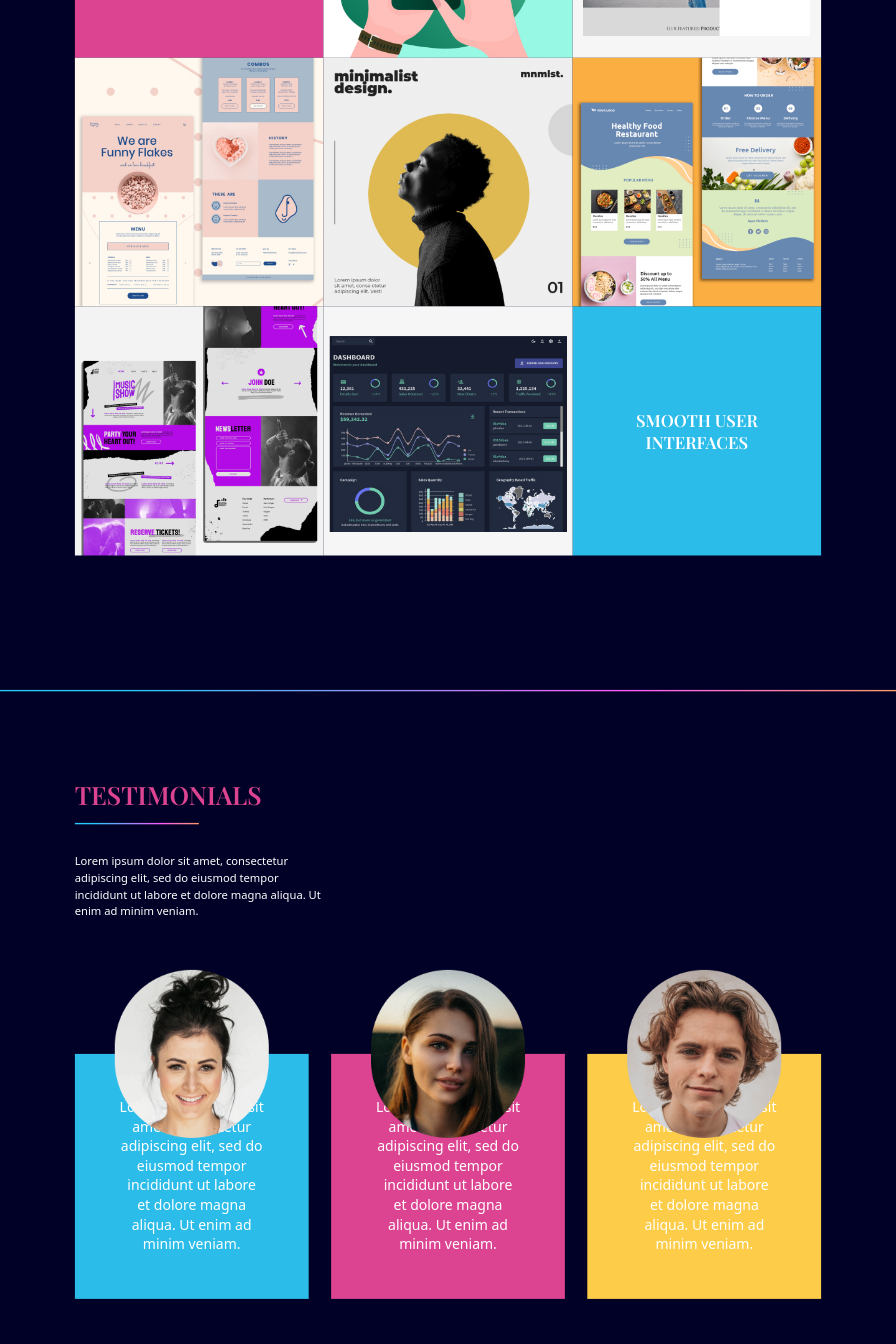
Repository: thibaultNicolas/portfolio-react
Page: /
An editor plug-in stored every save of this project. The page is shown before and after a run of saves, followed by the edit.
The browser window is 1280 px wide. The pictures show the part of the page from y = 2251 to 4171 px (the page is 4171 px tall before and 4147 px after), at 70% of full size.
The project was rebuilt for these pictures with package versions that can differ from the ones it lists, and the page was loaded fresh each time. Also part of the build but not shown: next.config.ts.

Above is the page before, as saved 2023-01-08 12:07:16.

### public/index.html
<!DOCTYPE html>
<html lang="en">

<head>
  <meta charset="utf-8" />
  <link rel="icon" href="%PUBLIC_URL%/favicon.ico" />
  <meta name="viewport" content="width=device-width, initial-scale=1" />
  <meta name="theme-color" content="#000000" />
  <meta name="description" content="Web site created using create-react-app" />
  <link rel="apple-touch-icon" href="%PUBLIC_URL%/logo192.png" />
  <!--
      manifest.json provides metadata used when your web app is installed on a
      user's mobile device or desktop. See https://developers.google.com/web/fundamentals/web-app-manifest/
    -->
  <link rel="manifest" href="%PUBLIC_URL%/manifest.json" />
  <!--
      Notice the use of %PUBLIC_URL% in the tags above.
      It will be replaced with the URL of the `public` folder during the build.
      Only files inside the `public` folder can be referenced from the HTML.

      Unlike "/favicon.ico" or "favicon.ico", "%PUBLIC_URL%/favicon.ico" will
      work correctly both with client-side routing and a non-root public URL.
      Learn how to configure a non-root public URL by running `npm run build`.
    -->
  <title>React App</title>
  <link href="/public/output.css" rel="stylesheet">
</head>

<body>
  <noscript>You need to enable JavaScript to run this app.</noscript>
  <div id="root"></div>
  <!--
      This HTML file is a template.
      If you open it directly in the browser, you will see an empty page.

      You can add webfonts, meta tags, or analytics to this file.
      The build step will place the bundled scripts into the <body> tag.

      To begin the development, run `npm start` or `yarn start`.
      To create a production bundle, use `npm run build` or `yarn build`.
    -->
</body>

</html>

### src/index.css
@import url('https://fonts.googleapis.com/css2?family=Open+Sans:wght@400;600&family=Playfair+Display:wght@400;600&display=swap');

@tailwind base;
@tailwind components;
@tailwind utilities;

html,
body,
#root,
.app{
    height: 100%;
    background-color: #010026;
    @apply text-white;
}

### src/scenes/Navbar.jsx
import { useState } from 'react';
import AnchorLink from 'react-anchor-link-smooth-scroll';
import useMediaQuery from '../hooks/useMediaQuery';

const Link = ({ page, selectedPage, setSelectedPage }) => {
    const lowerCasePage = page.toLowerCase();
    return (
        <AnchorLink
            className={`${selectedPage === lowerCasePage ? 'text-yellow' : ''}
            hover:text-yellow transition duration-500`}
            href={`#${lowerCasePage}`}
            onClick={() => setSelectedPage(lowerCasePage)}
        >
            {page}
        </AnchorLink>
    );
};

const Navbar = ({ isTopOfPage, selectedPage, setSelectedPage }) => {
    const [isMenuToggled, setIsMenuToggled] = useState(false);
    const isAboveSmallScreens = useMediaQuery('(min-width:768px)');
    const navbarBackground = isTopOfPage ? "" : "bg-red";

    return (
        <nav className={`${navbarBackground} z-40 w-full fixed top-0 py-6`}>
            <div className="flex items-center justify-between mx-auto w-5/6">
                <h4 className="font-playfair text-3xl font-bold">NT</h4>

                {/* DESKTOP NAV */}
                {isAboveSmallScreens ? (
                    <div className="flex justify-between gap-16 font-openSans txt-sm font-semibold">
                        <Link
                            page="Home"
                            selectedPage={selectedPage}
                            setSelectedPage={setSelectedPage}
                        />
                        <Link
                            page="Skills"
                            selectedPage={selectedPage}
                            setSelectedPage={setSelectedPage}
                        />
                        <Link
                            page="Projects"
                            selectedPage={selectedPage}
                            setSelectedPage={setSelectedPage}
                        />
                        <Link
                            page="Testimonials"
                            selectedPage={selectedPage}
                            setSelectedPage={setSelectedPage}
                        />
                        <Link
                            page="Contact"
                            selectedPage={selectedPage}
                            setSelectedPage={setSelectedPage}
                        />
                    </div>
                ) : (
                    <button
                        className="rounded-full bg-red p-2"
                        onClick={() => setIsMenuToggled(!isMenuToggled)}
                    >
                        <img src="../assets/menu-icon.svg" alt="menu-icon" />
                    </button>
                )}

                {/* MOBILE MENU POPUP */}
                {!isAboveSmallScreens && isMenuToggled && (
                    <div className="fixed right-0 bottom-0 h-full bg-blue w-[300px]">
                        {/* CLOSE ICON */}
                        <div className="flex justify-end p-12">
                            <button
                                onClick={() => setIsMenuToggled(!isMenuToggled)}
                            >
                                <img
                                    src="../assets/close-icon.svg"
                                    alt="close-icon"
                                />
                            </button>
                        </div>
                        {/* MENU ITEMS */}
                        <div className="flex flex-col gap-10 ml-[33%] text-2xl text-deep-blue">
                            <Link
                                page="Home"
                                selectedPage={selectedPage}
                                setSelectedPage={setSelectedPage}
                            />
                            <Link
                                page="Skills"
                                selectedPage={selectedPage}
                                setSelectedPage={setSelectedPage}
                            />
                            <Link
                                page="Projects"
                                selectedPage={selectedPage}
                                setSelectedPage={setSelectedPage}
                            />
                            <Link
                                page="Testimonials"
                                selectedPage={selectedPage}
                                setSelectedPage={setSelectedPage}
                            />
                            <Link
                                page="Contact"
                                selectedPage={selectedPage}
                                setSelectedPage={setSelectedPage}
                            />
                        </div>
                    </div>
                )}
            </div>
        </nav>
    );
};

export default Navbar;

### src/scenes/DotGroup.jsx
import AnchorLink from 'react-anchor-link-smooth-scroll';
const DotGroup = ({ selectedPage, setSelectedPage }) => {
    const selectedStyles = `relative bg-yellow before:absolute before:w-6 before:h-6
    before:rounded-full before:border-2 before:border-yellow before:left-[-50%]
    before:top-[-50%]`;
    return (
        <div className="flex flex-col gap-6 fixed top-[60%] right-7">
            <AnchorLink
                className={`${selectedPage === 'home' ? selectedStyles : 'bg-dark-grey'}
            w-3 h-3 rounded-full`}
                href="#home"
                onClick={() => setSelectedPage('home')}
            />
            <AnchorLink
                className={`${selectedPage === 'skills' ? selectedStyles : 'bg-dark-grey'}
            w-3 h-3 rounded-full`}
                href="#skills"
                onClick={() => setSelectedPage('skills')}
            />
            <AnchorLink
                className={`${selectedPage === 'projects' ? selectedStyles : 'bg-dark-grey'}
            w-3 h-3 rounded-full`}
                href="#projects"
                onClick={() => setSelectedPage('projects')}
            />
            <AnchorLink
                className={`${selectedPage === 'testimonials' ? selectedStyles : 'bg-dark-grey'}
            w-3 h-3 rounded-full`}
                href="#testimonials"
                onClick={() => setSelectedPage('testimonials')}
            />
            <AnchorLink
                className={`${selectedPage === 'contact' ? selectedStyles : 'bg-dark-grey'}
            w-3 h-3 rounded-full`}
                href="#contact"
                onClick={() => setSelectedPage('contact')}
            />
        </div>
    );
};
export default DotGroup;

### src/scenes/Projects.jsx
import LineGradient from '../components/LineGradient';
import useMediaQuery from '../hooks/useMediaQuery';
import { motion } from 'framer-motion';

const container = {
    hidden: {},
    visible: {
        transition: { staggerChildren: 0.2 },
    },
};

const projectVariant = {
    hidden: { opacity: 0, scale: 0.8 },
    visible: { opacity: 1, scale: 1 },
};

const Project = ({ title }) => {
    const projectTitle = title.split(' ').join('-').toLowerCase();
    const overlayStyles = `absolute h-full w-full opacity-0 hover:opacity-90 transition duration-500 bg-grey z-30 flex flex-col justify-center items-center text-center p-16 text-deep-blue`;

    return (
        <motion.div variants={projectVariant} className="relative">
            <div className={overlayStyles}>
                <p className="text-2xl font-playfair">{title}</p>
                <p className="mt-7">
                    Lorem ipsum dolor sit amet, consectetur adipiscing elit, sed
                    do eiusmod tempor incididunt ut labore et dolore magna
                    aliqua. Ut enim ad minim veniam.
                </p>
            </div>
            <img src={`../assets/${projectTitle}.jpeg`} alt={projectTitle} />
        </motion.div>
    );
};

const Projects = () => {
    const isAboveMediumScreens = useMediaQuery('(min-width:1060px)');

    return (
        <section id="projects" className="pt-48 pb-48">
            {/* HEADINGS */}
            <div className="md:flex md:justify-between md:gap-16 mt-32">
                <motion.div
                    className="md:w-2/5 mx-auto text-center"
                    initial="hidden"
                    whileInView="visible"
                    viewport={{ once: true, amount: 0.5 }}
                    transition={{ duration: 0.5 }}
                    variants={{
                        hidden: { opacity: 0, x: -50 },
                        visible: { opacity: 1, x: 0 },
                    }}
                >
                    <div>
                        <p className="font-playfair font-semibold text-4xl">
                            MY <span className="text-red">PRO</span>JECTS
                        </p>
                        <div className="flex justify-center mt-5">
                            <LineGradient width="w-1/3" />
                        </div>
                    </div>

                    <p className="mt-10 mb-10">
                        Lorem ipsum dolor sit amet, consectetur adipiscing elit,
                        sed do eiusmod tempor incididunt ut labore et dolore
                        magna aliqua. Ut enim ad minim veniam.
                    </p>
                </motion.div>
            </div>
            {/* PROJECTS */}
            <div className="flex justify-center">
                <motion.div
                    className="sm:grid sm:grid-cols-2 md:grid-cols-3"
                    initial="hidden"
                    whileInView="visible"
                    viewport={{ once: true, amount: 0.5 }}
                    variants={container}
                >
                    {/* ROW 1 */}
                    <div className="flex justify-center text-center items-center p-10 bg-red max-w-[400px] max-h-[400px] text-2xl font-playfair font-semibold">
                        BEAUTIFUL USER INTERFACES
                    </div>

                    <Project title="Project 1" />
                    <Project title="Project 2" />

                    {/* ROW 2 */}
                    <Project title="Project 3" />
                    <Project title="Project 4" />
                    <Project title="Project 5" />

                    {/* ROW 3 */}
                    <Project title="Project 6" />
                    <Project title="Project 7" />

                    <div className="flex justify-center text-center items-center p-10 bg-blue max-w-[400px] max-h-[400px] text-2xl font-playfair font-semibold">
                        SMOOTH USER INTERFACES
                    </div>
                </motion.div>
            </div>
        </section>
    );
};
export default Projects;

### src/scenes/Testimonials.jsx
import LineGradient from '../components/LineGradient';
import { motion } from 'framer-motion';

const Testimonials = () => {
    const testimonialsStyles = `mx-auto relative max-w-[400px] h-[350px] flex flex-col justify-end p-16 mt-48 before:absolute before:top-[-120px] before:-ml-[110px] before:left-1/2`;

    return (
        <section id="testimonials" className="pt-32 pb-16">
            {/* HEADING */}

            <motion.div
                className="md:w-1/3 text-center md:text-left"
                initial="hidden"
                whileInView="visible"
                viewport={{ once: true, amount: 0.5 }}
                transition={{ duration: 0.5 }}
                variants={{
                    hidden: { opacity: 0, x: -50 },
                    visible: { opacity: 1, x: 0 },
                }}
            >
                <p className="font-playfair font-semibold text-4xl mb-5 text-red">
                    TESTIMONIALS
                </p>
                <LineGradient width="w-2/4" />
                <p className="mt-10">
                    Lorem ipsum dolor sit amet, consectetur adipiscing elit, sed
                    do eiusmod tempor incididunt ut labore et dolore magna
                    aliqua. Ut enim ad minim veniam.
                </p>
            </motion.div>

            {/* TESTIMONIALS */}
            <div className="md:flex md:justify-between gap-8">
                <motion.div
                    className={`bg-blue ${testimonialsStyles} before:content-person1`}
                    initial="hidden"
                    whileInView="visible"
                    viewport={{ once: true, amount: 0.5 }}
                    transition={{ duration: 0.5 }}
                    variants={{
                        hidden: { opacity: 0, scale: 0.8 },
                        visible: { opacity: 1, scale: 1 },
                    }}
                >
                    <p className="font-playfair text-6xl">"</p>
                    <p className="text-center text-xl">
                        Lorem ipsum dolor sit amet, consectetur adipiscing elit,
                        sed do eiusmod tempor incididunt ut labore et dolore
                        magna aliqua. Ut enim ad minim veniam.
                    </p>
                </motion.div>
                <motion.div
                    className={`bg-red ${testimonialsStyles} before:content-person2`}
                    initial="hidden"
                    whileInView="visible"
                    viewport={{ once: true, amount: 0.5 }}
                    transition={{ delay: 0.2, duration: 0.5 }}
                    variants={{
                        hidden: { opacity: 0, scale: 0.8 },
                        visible: { opacity: 1, scale: 1 },
                    }}
                >
                    <p className="font-playfair text-6xl">"</p>
                    <p className="text-center text-xl">
                        Lorem ipsum dolor sit amet, consectetur adipiscing elit,
                        sed do eiusmod tempor incididunt ut labore et dolore
                        magna aliqua. Ut enim ad minim veniam.
                    </p>
                </motion.div>
                <motion.div
                    className={`bg-yellow ${testimonialsStyles} before:content-person3`}
                    initial="hidden"
                    whileInView="visible"
                    viewport={{ once: true, amount: 0.5 }}
                    transition={{ delay: 0.4, duration: 0.5 }}
                    variants={{
                        hidden: { opacity: 0, scale: 0.8 },
                        visible: { opacity: 1, scale: 1 },
                    }}
                >
                    <p className="font-playfair text-6xl">"</p>
                    <p className="text-center text-xl">
                        Lorem ipsum dolor sit amet, consectetur adipiscing elit,
                        sed do eiusmod tempor incididunt ut labore et dolore
                        magna aliqua. Ut enim ad minim veniam.
                    </p>
                </motion.div>
            </div>
        </section>
    );
};
export default Testimonials;

### src/components/LineGradient.jsx
const LineGradient = ({ width = 'w-full' }) => {
    return (
        <div className={`h-0.5 ${width} bg-gradient-rainblue`}>

        </div>
    )
};

export default LineGradient;

### src/hooks/useMediaQuery.jsx
import { useState, useEffect } from 'react';

const useMediaQuery = (query) => {
    const [matches, setMatches] = useState(false);

    useEffect(() => {
        const media = window.matchMedia(query);
        if (media.matches !== matches) {
            setMatches(media.matches);
        }
        const listener = () => setMatches(media.matches);
        window.addEventListener('resize', listener);
        return () => window.removeEventListener('resize', listener);
    }, [matches, query]);

    return matches;
};

export default useMediaQuery;

### src/components/SocialMediaIcons.jsx

const SocialMediaIcons = () =>{
    return (
        <div className="flex justify-center md:justify-start my-10 gap-7">
            <a
            className="hover:opacity-50 transition duration-500"
            href="https://www.linkedin.com/in/nicolas-thibault-6652b9194/"
            target="_blank"
            rel="noreferrer">
                <img src="../assets/linkedin.png" alt="linkedin-link" />
            </a>
            <a
            className="hover:opacity-50 transition duration-500"
            href="https://www.facebook.com/nicolas.thibault3/"
            target="_blank"
            rel="noreferrer">
                <img src="../assets/facebook.png" alt="facebook-link" />
            </a>
            <a
            className="hover:opacity-50 transition duration-500"
            href="https://www.instagram.com/nicolasthibault_/"
            target="_blank"
            rel="noreferrer">
                <img src="../assets/instagram.png" alt="instagram-link" />
            </a>
        </div>
    )
}
export default SocialMediaIcons;

Loaded but not shown: src/index.js (common file); src/App.js (53 lines, source omitted); tailwind.config.js (41 lines, source omitted); public/output.css (740 lines, source omitted); src/scenes/MySkills.jsx (144 lines, source omitted); src/scenes/Landing.jsx (111 lines, source omitted)

After the next 3 saves:
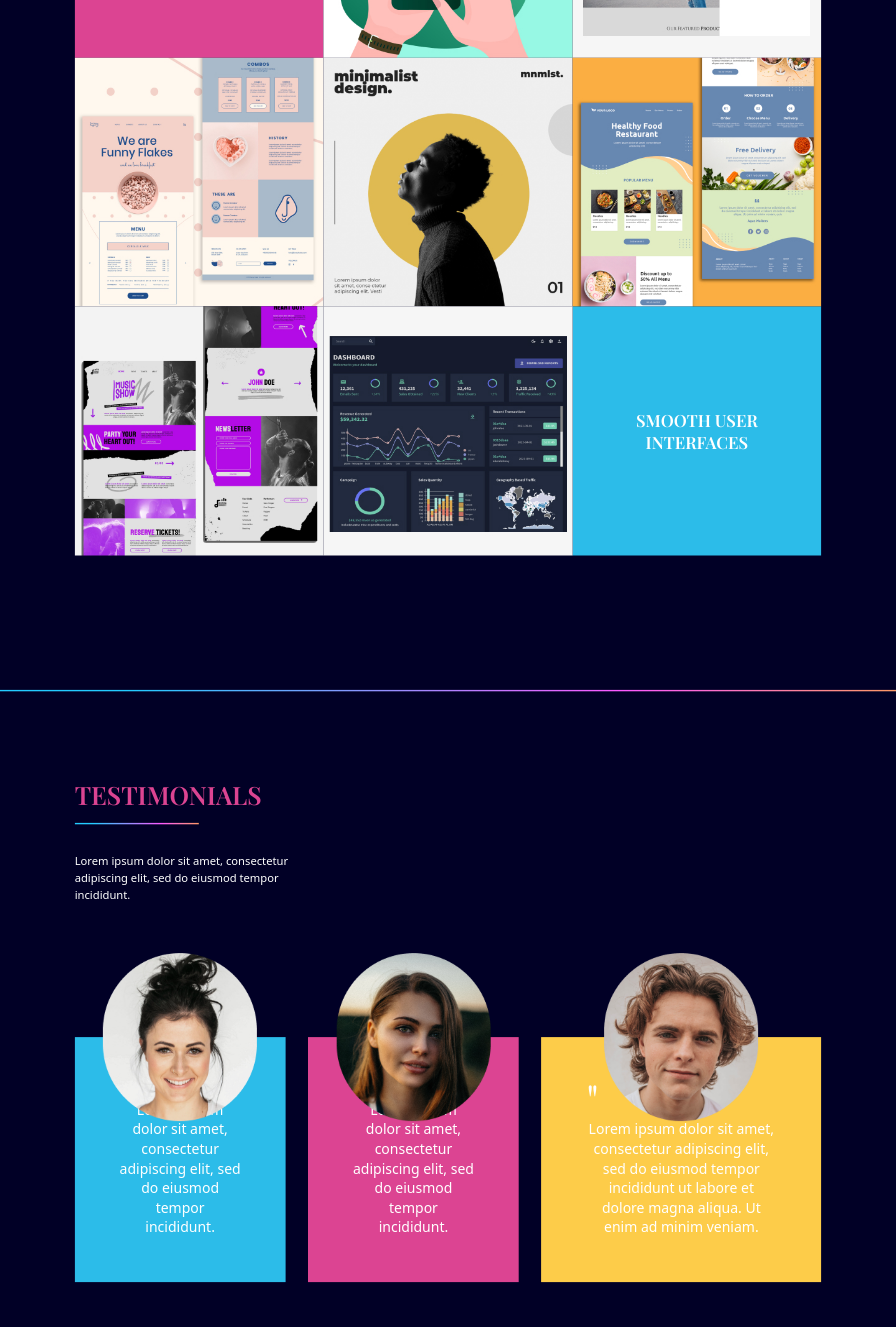
The 3 saves are shown as one change because they came seconds apart.
The last was saved 9 s later.
--- a/src/scenes/Testimonials.jsx
+++ b/src/scenes/Testimonials.jsx
@@ -25,8 +25,7 @@ const Testimonials = () => {
                 <LineGradient width="w-2/4" />
                 <p className="mt-10">
                     Lorem ipsum dolor sit amet, consectetur adipiscing elit, sed
-                    do eiusmod tempor incididunt ut labore et dolore magna
-                    aliqua. Ut enim ad minim veniam.
+                    do eiusmod tempor incididunt.
                 </p>
             </motion.div>
 
@@ -46,8 +45,7 @@ const Testimonials = () => {
                     <p className="font-playfair text-6xl">"</p>
                     <p className="text-center text-xl">
                         Lorem ipsum dolor sit amet, consectetur adipiscing elit,
-                        sed do eiusmod tempor incididunt ut labore et dolore
-                        magna aliqua. Ut enim ad minim veniam.
+                        sed do eiusmod tempor incididunt.
                     </p>
                 </motion.div>
                 <motion.div
@@ -64,8 +62,7 @@ const Testimonials = () => {
                     <p className="font-playfair text-6xl">"</p>
                     <p className="text-center text-xl">
                         Lorem ipsum dolor sit amet, consectetur adipiscing elit,
-                        sed do eiusmod tempor incididunt ut labore et dolore
-                        magna aliqua. Ut enim ad minim veniam.
+                        sed do eiusmod tempor incididunt.
                     </p>
                 </motion.div>
                 <motion.div
